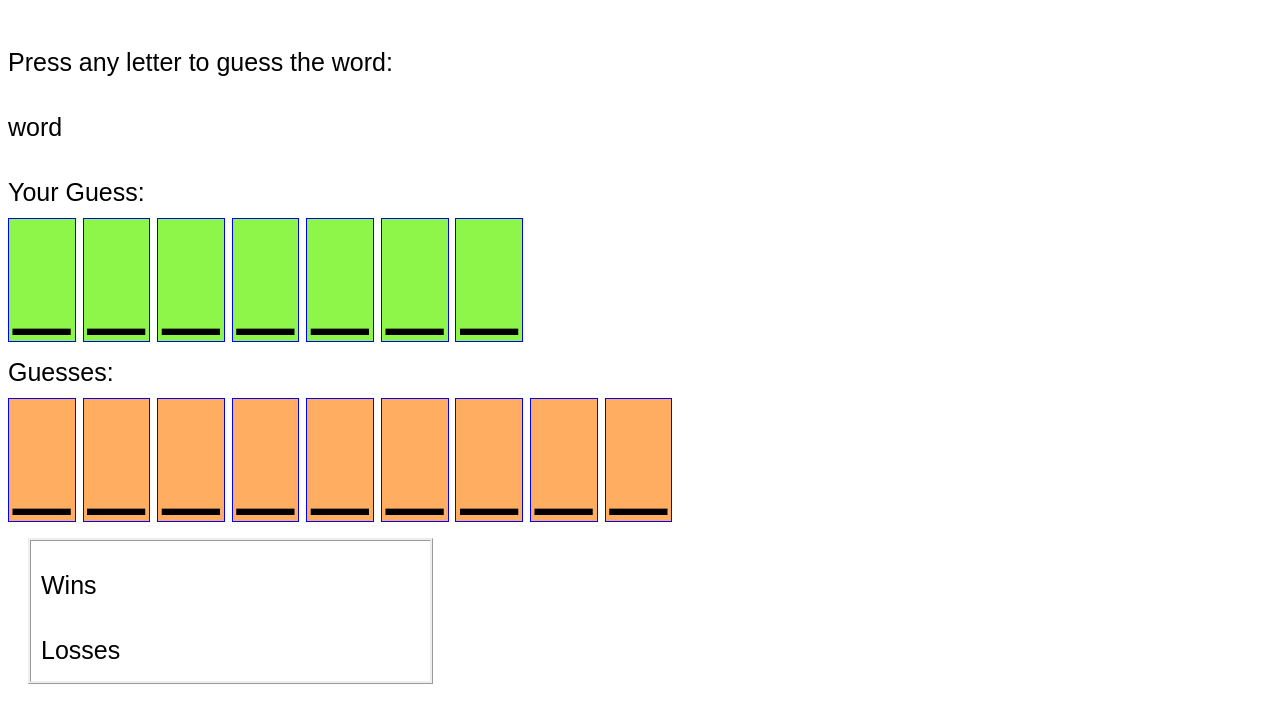
Repository: dsaftler/JavaScript
Page: index.html
An editor plug-in stored every save of this project. The page is shown before and after the next save, followed by the edit.
The browser window is 1280 px wide. The pictures show the whole page.

Above is the page before, as saved 2019-03-30 21:30:41.

### index.html
<!DOCTYPE html>
<html lang="en">
<head>
  <meta charset="UTF-8">
  <meta name="viewport" content="width=device-width, initial-scale=1.0">
  <meta http-equiv="X-UA-Compatible" content="ie=edge">
  <link href="https://fonts.googleapis.com/css?family=Ubuntu+Mono" rel="stylesheet">
  <link rel="stylesheet" href="assets\css\style.css">

  <title>JavaScript Hangman Game</title>
</head>
<body>
    <div class="container showtext">
        <div class="instructions showtext">Press any letter to guess the word:

        </div>
         <div class="word showtext">word</div>
         <div id="curGuess" class="word showtext">Your Guess: </div>
         <div class="letter match" id="chr_0">_</div>
         <div class="letter match" id="chr_1">_</div>
         <div class="letter match" id="chr_2">_</div>
         <div class="letter match" id="chr_3">_</div>
         <div class="letter match" id="chr_4">_</div>
         <div class="letter match" id="chr_5">_</div>
         <div class="letter match" id="chr_6">_</div>


        <div class="guesses showtext" id="showRemaining">Guesses: </div>

        <div class="letter guessed" id="guess_0">_</div>
        <div class="letter guessed" id="guess_1">_</div>
        <div class="letter guessed" id="guess_2">_</div>
        <div class="letter guessed" id="guess_3">_</div>
        <div class="letter guessed" id="guess_4">_</div>
        <div class="letter guessed" id="guess_5">_</div>
        <div class="letter guessed" id="guess_6">_</div>
        <div class="letter guessed" id="guess_7">_</div>
        <div class="letter guessed" id="guess_8">_</div>


      <div class="score">
      <div class="showtext" id="showWins">Wins</div>
      <div class="showtext" id="showLosses">Losses</div>
      </div>
    </div>

    <script type="text/javascript" src="assets/javascript/game.js"></script>


</body>
</html>

### assets/css/style.css
body {font-family: 'Ubuntu', sans-serif;
font-weight: 400}
.showtext {height:35px;
padding: 20px 0 10px;
font-size: 25px;}
.letter {font-size: 100px;
  display: inline;
  padding: 5px;}
.match {
  border: 1px solid blue;
  background-color: rgb(142, 245, 73)}
.guessed {
  font-weight: 100;
  border: 1px solid blue;
  background-color: rgb(255, 173, 96)}
.score{
  margin-top: 20px;
  margin-left: 20px;
  padding:10px;
  height:120px;
  width: 30%;
  border-style: ridge}

### assets/javascript/game.js

// Variables
var wordArr
var cntWins,
  curCntGuess,
  ltr_0,
  ltr_1,
  ltr_2,
  ltr_3,
  ltr_4,
  ltr_5,
  ltr_6;

 var ltrTried_0,
  ltrTried_1,
  ltrTried_2,
  ltrTried_3,
  ltrTried_4,
  ltrTried_5,
  ltrTried_6,
  ltrTried_7,
  ltrTried_8,
  ltrTried_9 ;

var maxGuesses=9
var  cntWins=0;
var userGuess;
// within the game
// while wordArr.length>0
//while (wordArr.length>0) {
var curPtr,curCntGuess,
  curLetter,curWord,myWord,
  badGuess, curWordArr,builtWord,
  isFound,
  curPtr=0,
  firstTime=true;

  console.log('firstTime:' +firstTime)
  wordArr= ["unicorn","griffin","dragon","mermaid","centaur","pegasus"];
initGame();

document.onkeydown = function(event){
  isFound=false
  // Determines which key was pressed.
  var userGuess = event.key;
  userGuess=userGuess.toLowerCase()
  console.log("userGuess: "+userGuess);
  // is userGuess already in badGuess
  showValue("curGuess",userGuess);

  for (let i=0; i<badGuess.length; i++) {
        //See if that letter was already chosen by parsing badGuess
    if (badGuess[i]===userGuess){
      alert("You alread guessed "+userGuess)
      isFound=true
    }
  }
                //see if it's in the target word
                // for every letter in curWord, see if that letter exists at that index  charAt(index)
  console.log("curWordArr "+curWordArr)
  if (!isFound)
  {
    for (let i=0; i<curWordArr.length; i++)
    {
                  //if index [j]is blank and matches our guess

      if (curWordArr[i]===userGuess)
      {
        console.log("curWordArr "+i+'='+curWordArr[i])
        builtWord[i]=userGuess
                 //set getElementId for that index (see if I can create a variable "ltr_"+(toString([j]))
        //id="chr_0"
        el='chr_'+i
        showValue(el,' ')
        showValue(el,userGuess)
        //getElementById(el).textContent:userGuess;
        isFound=true
      }
    }
  }
  if (!isFound)
  {
        // push to badGuess
      badGuess.push(userGuess)
      console.log("badGuess: "+badGuess)
      curCntGuess++
      console.log("curCntGuess :" +curCntGuess)
      // push content for ltrTried ids
      // show content for badguesses
  }



  if (curCntGuess>maxGuesses){
      alert('You lost')
      nextWord()
  } else {
    if (collapseArray()===curWord){
      alert("You won ")
      nextWord()
    } else {
      myWord=''
    }
  }

}


function initGame(){

  curCntGuess = 0;
  curLetter="";
  curWord="";
  myWord="";
  badGuess = [];
  curWordArr=[];
  builtWord=[];
  console.log("WordArr aft: "+wordArr)
  console.log("wordArr.length: "+wordArr.length)
  curPtr=getRandomPtr(wordArr.length); //0
  console.log("curPtr: "+curPtr)
  //curWordArr = array the word at that index
  curWord=wordArr[curPtr];   //unicorn
  console.log("curWord: "+curWord)
  for (let i=0; i<curWord.length; i++){
    myLetter=curWord.charAt([i]);
    //console.log(myLetter);
    curWordArr.push(myLetter);
  }
  //clear the ltrTried & ltr elements
  //console.log(curPtr);
  //console.log(curWord);
  console.log("curWordArr "+curWordArr)
}

function nextWord(){
  console.log("Word Arr b4: " +wordArr)
  wordArr.splice(curPtr,1)
  var newArr=Array.from(wordArr)
  console.log("WordArr aft: "+wordArr)
  console.log("newArr aft: "+newArr)
  console.log("wordArr.length: "+wordArr.length)
  console.log("newArr length: "+newArr.length)
  wordArr=[];
  wordArr=Array.from(newArr)
  console.log("WordArr from newArr: "+wordArr)
  console.log("wordArr.length: "+wordArr.length)

  if (wordArr.length=0){
    alert("End of Game")
  }else{
    initGame()
  }
}
function showValue(thisId,thisValue){
  var target=document.getElementById(thisId);
  console.log(thisValue)
  console.log(thisId)
  target.innerHTML=thisValue;
}

function collapseArray(){

  for (let k=0; k<builtWord.length; k++) {
    localVal=builtWord[k]
    if (typeof(localVal)!='undefined') {
   // console.log("myWord length: "+myWord.length+ " K is "+localVal)
    myWord=myWord+localVal
   //console.log("myWord "+myWord)
    }
  }
  return myWord
}


function getUserGuess() {
  var userGuess= document.getElementById("getKeyPress");
  userGuess=userGuess.toLowerCase();


  }



function getRandomPtr(max) {
      return Math.floor(Math.random() * Math.floor(max));
      // this will return 0 through max-1
}
function getRandomInt(max) {
  return getRandomPtr(max)+1
  // this will return 1 through max
}

After the next save:
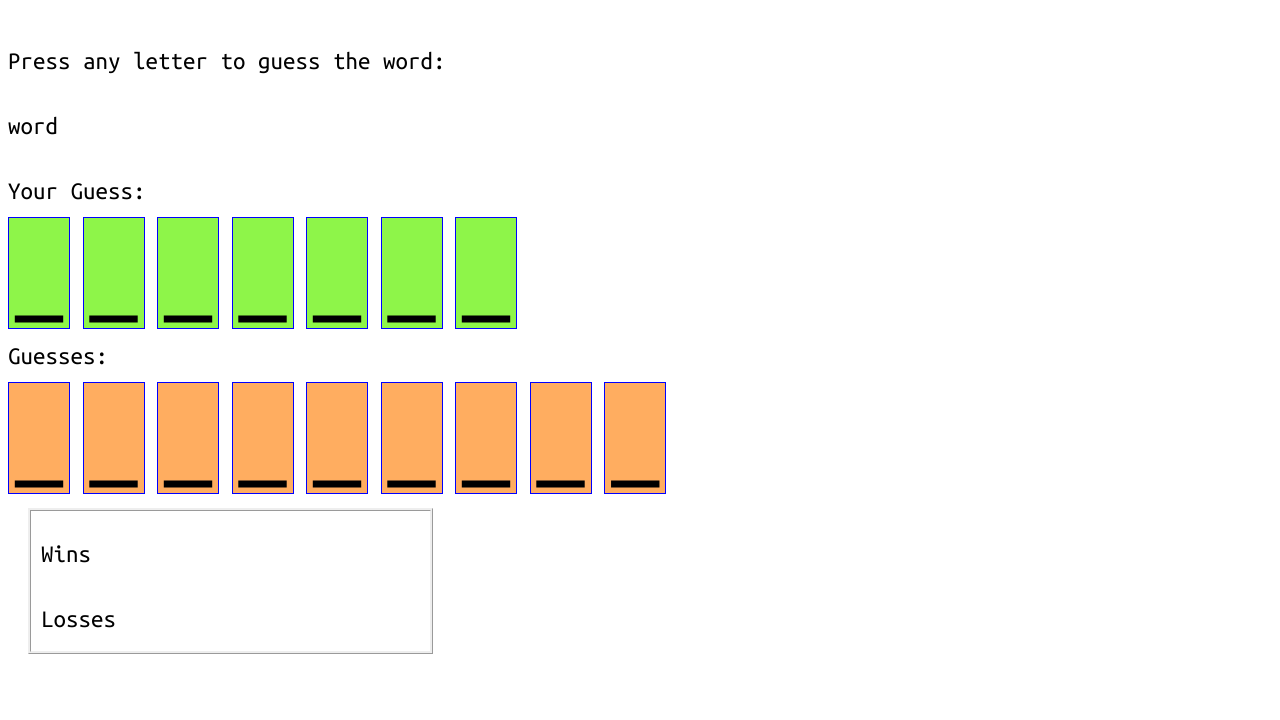
Saved 2 min 35 s later.
--- a/assets/css/style.css
+++ b/assets/css/style.css
@@ -1,4 +1,4 @@
-body {font-family: 'Ubuntu', sans-serif;
+body {font-family: 'Ubuntu mono', sans-serif;
 font-weight: 400}
 .showtext {height:35px;
 padding: 20px 0 10px;
